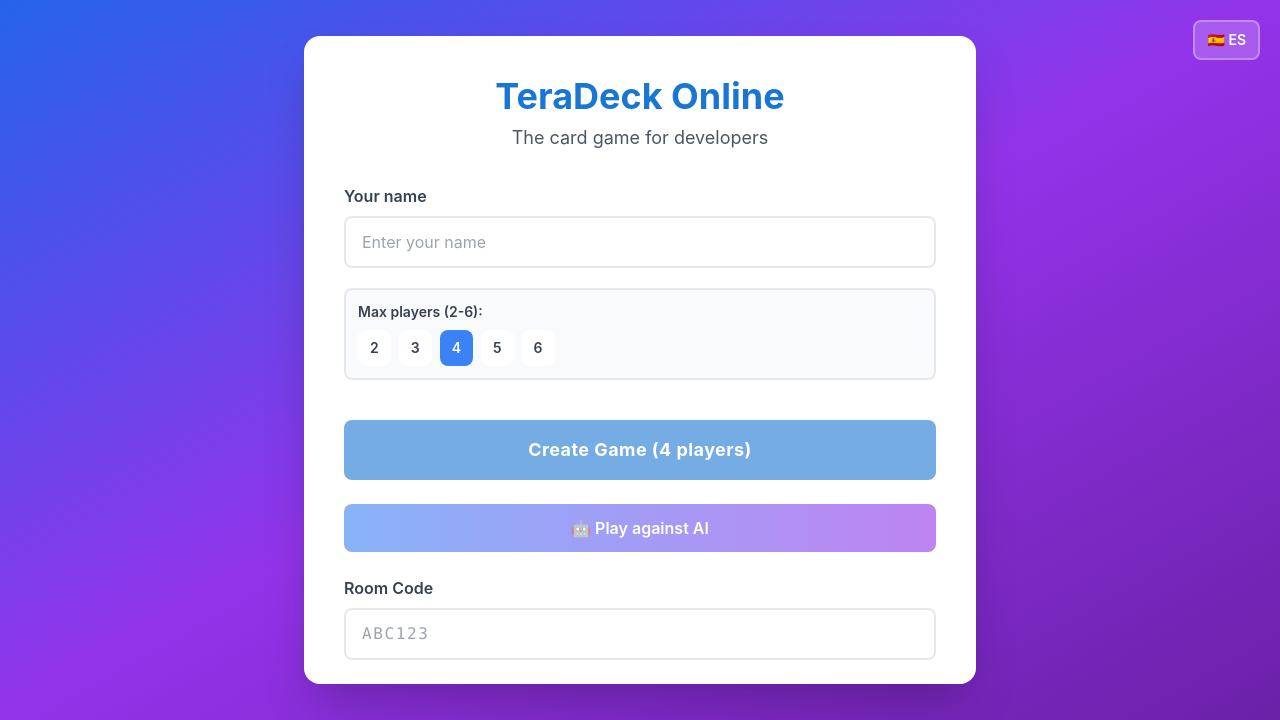
Repository: agorreca/teradeck-online
Page: / (app in frontend/)
The author's editor kept a copy of each file at every save. The page is drawn from the files as they stood at one save, then again after a run of saves.
The browser window is 1280 px wide. The pictures show the whole page.
The page's requests for data from a server got no answer. An inner scrolling area shows only its first screen. The project was rebuilt for these pictures with package versions that can differ from the ones it lists, and the page was loaded fresh each time. No one was signed in, and anything a server would have sent is missing. Also part of the build but not shown: frontend/vite.config.ts, shared/src/utils/targeting.ts, frontend/src/hooks/useSocket.ts, frontend/src/hooks/useTargeting.ts, frontend/src/components/game/TargetingOverlay.tsx, frontend/src/components/game/GameBoard.tsx, frontend/src/components/game/GameRoom.tsx.

Above is the page before, as saved 2025-06-09 10:41:05.

### frontend/index.html
<!doctype html>
<html lang="es">
  <head>
    <meta charset="UTF-8" />
    <link rel="icon" type="image/svg+xml" href="/vite.svg" />
    <meta name="viewport" content="width=device-width, initial-scale=1.0" />
    <meta
      name="description"
      content="TeraDeck Online - Juego de cartas multijugador"
    />
    <link rel="manifest" href="/manifest.json" />
    <title>TeraDeck Online</title>
  </head>
  <body>
    <div id="root"></div>
    <script type="module" src="/src/main.tsx"></script>
  </body>
</html>

### frontend/src/main.tsx
import React from 'react';
import ReactDOM from 'react-dom/client';
import App from './App.tsx';
import './styles/index.css';

ReactDOM.createRoot(document.getElementById('root')!).render(
  <React.StrictMode>
    <App />
  </React.StrictMode>
);

### frontend/src/App.tsx
import {
  Navigate,
  Route,
  BrowserRouter as Router,
  Routes,
} from 'react-router-dom';
import { GameBoard } from './components/game/GameBoard';
import { GameRoom } from './components/game/GameRoom';
import { Lobby } from './components/lobby/Lobby';
import './i18n';

function App() {
  return (
    <Router>
      <div className="app">
        <Routes>
          {/* Landing/Lobby page */}
          <Route path="/" element={<Lobby />} />

          {/* Game room (waiting for players) */}
          <Route path="/room/:roomCode" element={<GameRoom />} />

          {/* Active game */}
          <Route path="/game/:roomCode" element={<GameBoard />} />

          {/* Redirect any unknown routes to lobby */}
          <Route path="*" element={<Navigate to="/" replace />} />
        </Routes>
      </div>
    </Router>
  );
}

export default App;

### frontend/src/components/lobby/Lobby.tsx
import { useState } from 'react';
import { useNavigate } from 'react-router-dom';
import { AIDifficulty, Language } from '../../../../shared/src/types/game';
import { useGameSocket } from '../../hooks/useGameSocket';
import { useTranslation } from '../../hooks/useTranslation';

export function Lobby() {
  const [nickname, setNickname] = useState('');
  const [roomCode, setRoomCode] = useState('');
  const [isCreating, setIsCreating] = useState(false);
  const [isJoining, setIsJoining] = useState(false);

  const [showAIOptions, setShowAIOptions] = useState(false);
  const [selectedAIDifficulty, setSelectedAIDifficulty] =
    useState<AIDifficulty>(AIDifficulty.NORMAL);
  const [maxPlayers, setMaxPlayers] = useState<number>(4);
  const [aiPlayers, setAiPlayers] = useState<number>(1);
  const navigate = useNavigate();
  const { socket, createRoom, joinRoom } = useGameSocket();
  const { t, tUI, changeLanguage, isSpanish, language } = useTranslation();

  const handleCreateRoom = async () => {
    if (!nickname.trim()) {
      alert(
        t('errors.pleaseEnterNickname', {
          defaultValue: 'Por favor ingresa tu nickname',
        })
      );
      return;
    }

    setIsCreating(true);
    try {
      const settings = {
        maxPlayers: maxPlayers,
        aiPlayers: 0,
        language,
        aiDifficulty: AIDifficulty.NORMAL,
      };

      await createRoom(settings, nickname);
    } catch (error) {
      console.error('Error creating room:', error);
      alert(t('errors.createRoom', { defaultValue: 'Error al crear la sala' }));
    } finally {
      setIsCreating(false);
    }
  };

  const handleCreateAIGame = async (difficulty: AIDifficulty) => {
    if (!nickname.trim()) {
      alert(
        t('errors.pleaseEnterNickname', {
          defaultValue: 'Por favor ingresa tu nickname',
        })
      );
      return;
    }

    setIsCreating(true);
    try {
      const settings = {
        maxPlayers: aiPlayers + 1, // Player + AI players
        aiPlayers: aiPlayers,
        language,
        aiDifficulty: difficulty,
      };

      await createRoom(settings, nickname);
    } catch (error) {
      console.error('Error creating AI game:', error);
      alert(t('errors.createRoom', { defaultValue: 'Error al crear la sala' }));
    } finally {
      setIsCreating(false);
      setShowAIOptions(false);
    }
  };

  const handleJoinRoom = async () => {
    if (!nickname.trim() || !roomCode.trim()) {
      alert(
        t('errors.enterNicknameAndCode', {
          defaultValue: 'Por favor ingresa tu nickname y el código de sala',
        })
      );
      return;
    }

    setIsJoining(true);
    try {
      await joinRoom(roomCode, nickname);
    } catch (error) {
      console.error('Error joining room:', error);
      alert(
        t('errors.joinRoom', { defaultValue: 'Error al unirse a la sala' })
      );
    } finally {
      setIsJoining(false);
    }
  };

  const toggleLanguage = () => {
    const newLanguage = isSpanish ? Language.ENGLISH : Language.SPANISH;
    changeLanguage(newLanguage);
  };

  // Listen for room creation/join success
  socket?.on('room-created', (code: string) => {
    navigate(`/room/${code}`);
  });

  socket?.on('room-joined', () => {
    navigate(`/room/${roomCode}`);
  });

  socket?.on('room-error', (error: string) => {
    alert(`Error: ${error}`);
    setIsCreating(false);
    setIsJoining(false);
  });

  return (
    <div className="lobby">
      <div className="lobby-container">
        {/* Language Toggle */}
        <div className="language-toggle">
          <button
            className="btn-language"
            onClick={toggleLanguage}
            title={isSpanish ? 'Switch to English' : 'Cambiar a Español'}
          >
            {isSpanish ? '🇺🇸 EN' : '🇪🇸 ES'}
          </button>
        </div>

        <h1 className="lobby-title">{tUI('lobby.title')}</h1>
        <p className="lobby-subtitle">{tUI('lobby.subtitle')}</p>

        <div className="lobby-form">
          <div className="form-group">
            <label htmlFor="nickname">{tUI('lobby.nickname')}</label>
            <input
              id="nickname"
              type="text"
              value={nickname}
              onChange={e => setNickname(e.target.value)}
              placeholder={isSpanish ? 'Ingresa tu nombre' : 'Enter your name'}
              maxLength={20}
              className="w-full px-4 py-3 border-2 border-gray-200 rounded-lg text-base
                       transition-colors duration-200 focus:outline-none focus:border-primary-500
                       placeholder:text-gray-400"
            />
          </div>

          <div className="lobby-actions">
            {/* Max Players Selection */}
            <div className="mb-4 p-3 bg-gray-50 rounded-lg border-2 border-gray-200">
              <label className="block font-semibold text-gray-700 text-sm mb-2">
                {isSpanish
                  ? 'Máximo de jugadores (2-6):'
                  : 'Max players (2-6):'}
              </label>
              <div className="flex gap-2">
                {[2, 3, 4, 5, 6].map(num => (
                  <button
                    key={num}
                    className={`btn btn-sm px-3 py-2 rounded-lg ${
                      maxPlayers === num
                        ? 'bg-blue-500 text-white'
                        : 'bg-white border-2 border-gray-300 text-gray-700 hover:border-blue-300'
                    }`}
                    onClick={() => setMaxPlayers(num)}
                  >
                    {num}
                  </button>
                ))}
              </div>
            </div>

            <button
              className="btn btn-primary w-full py-4 text-lg font-bold tracking-wide
                       transform transition-all duration-200 hover:scale-105
                       disabled:hover:scale-100 disabled:cursor-not-allowed"
              onClick={handleCreateRoom}
              disabled={isCreating || !nickname.trim()}
            >
              {isCreating ? (
                <span className="flex items-center justify-center gap-2">
                  <div className="w-5 h-5 border-2 border-white border-t-transparent rounded-full animate-spin"></div>
                  {tUI('lobby.creating')}
                </span>
              ) : (
                `${tUI('lobby.createGame')} (${maxPlayers} ${isSpanish ? 'jugadores' : 'players'})`
              )}
            </button>

            {/* AI Game Section */}
            <div className="ai-section">
              <button
                className="btn btn-secondary w-full py-3 bg-gradient-to-r from-blue-500 to-purple-600 text-white hover:from-blue-600 hover:to-purple-700 border-none"
                onClick={() => setShowAIOptions(!showAIOptions)}
                disabled={!nickname.trim()}
              >
                🤖 {isSpanish ? 'Jugar contra IA' : 'Play against AI'}
              </button>

              {showAIOptions && (
                <div className="ai-options mt-3 p-4 bg-gray-50 rounded-lg border-2 border-gray-200 space-y-4">
                  {/* Number of AI Players */}
                  <div className="flex flex-col gap-2">
                    <label className="font-semibold text-gray-700 text-sm">
                      {isSpanish
                        ? 'Oponentes IA (1-5):'
                        : 'AI Opponents (1-5):'}
                    </label>
                    <div className="flex gap-2">
                      {[1, 2, 3, 4, 5].map(num => (
                        <button
                          key={num}
                          className={`btn btn-sm px-3 py-2 rounded-lg ${
                            aiPlayers === num
                              ? 'bg-blue-500 text-white'
                              : 'bg-white border-2 border-gray-300 text-gray-700 hover:border-blue-300'
                          }`}
                          onClick={() => setAiPlayers(num)}
                        >
                          {num}
                        </button>
                      ))}
                    </div>
                  </div>

                  {/* Difficulty Selection */}
                  <div className="flex flex-col gap-2">
                    <label className="font-semibold text-gray-700 text-sm">
                      {isSpanish ? 'Dificultad:' : 'Difficulty:'}
                    </label>
                    <div className="flex flex-col gap-2">
                      <button
                        className={`btn btn-sm py-2 ${
                          selectedAIDifficulty === AIDifficulty.EASY
                            ? 'bg-green-500 text-white'
                            : 'bg-white border-2 border-green-300 text-green-700 hover:bg-green-50'
                        }`}
                        onClick={() =>
                          setSelectedAIDifficulty(AIDifficulty.EASY)
                        }
                      >
                        🟢 {isSpanish ? 'Fácil' : 'Easy'} -{' '}
                        {isSpanish ? 'Movimientos aleatorios' : 'Random moves'}
                      </button>
                      <button
                        className={`btn btn-sm py-2 ${
                          selectedAIDifficulty === AIDifficulty.NORMAL
                            ? 'bg-yellow-500 text-white'
                            : 'bg-white border-2 border-yellow-300 text-yellow-700 hover:bg-yellow-50'
                        }`}
                        onClick={() =>
                          setSelectedAIDifficulty(AIDifficulty.NORMAL)
                        }
                      >
                        🟡 {isSpanish ? 'Normal' : 'Normal'} -{' '}
                        {isSpanish
                          ? 'Estrategia balanceada'
                          : 'Balanced strategy'}
                      </button>
                      <button
                        className={`btn btn-sm py-2 ${
                          selectedAIDifficulty === AIDifficulty.HARD
                            ? 'bg-red-500 text-white'
                            : 'bg-white border-2 border-red-300 text-red-700 hover:bg-red-50'
                        }`}
                        onClick={() =>
                          setSelectedAIDifficulty(AIDifficulty.HARD)
                        }
                      >
                        🔴 {isSpanish ? 'Difícil' : 'Hard'} -{' '}
                        {isSpanish
                          ? 'Estrategia avanzada'
                          : 'Advanced strategy'}
                      </button>
                    </div>
                  </div>

                  {/* Start AI Game Button */}
                  <button
                    className="btn btn-primary w-full py-3 mt-3 bg-gradient-to-r from-purple-500 to-blue-600 text-white hover:from-purple-600 hover:to-blue-700"
                    onClick={() => handleCreateAIGame(selectedAIDifficulty)}
                    disabled={isCreating}
                  >
                    {isCreating ? (
                      <span className="flex items-center justify-center gap-2">
                        <div className="w-4 h-4 border-2 border-white border-t-transparent rounded-full animate-spin"></div>
                        {isSpanish ? 'Creando...' : 'Creating...'}
                      </span>
                    ) : (
                      `🚀 ${isSpanish ? 'Empezar Partida' : 'Start Game'} (${aiPlayers} IA)`
                    )}
                  </button>
                </div>
              )}
            </div>

            <div className="join-section">
              <div className="form-group">
                <label htmlFor="roomCode">{tUI('lobby.roomCode')}</label>
                <input
                  id="roomCode"
                  type="text"
                  value={roomCode}
                  onChange={e => setRoomCode(e.target.value.toUpperCase())}
                  placeholder="ABC123"
                  maxLength={6}
                  className="w-full px-4 py-3 border-2 border-gray-200 rounded-lg text-base
                           transition-colors duration-200 focus:outline-none focus:border-primary-500
                           placeholder:text-gray-400 uppercase tracking-widest font-mono"
                />
              </div>
              <button
                className="btn btn-secondary w-full py-3 transition-all duration-200
                         hover:shadow-md disabled:hover:shadow-none"
                onClick={handleJoinRoom}
                disabled={isJoining || !nickname.trim() || !roomCode.trim()}
              >
                {isJoining ? (
                  <span className="flex items-center justify-center gap-2">
                    <div className="w-4 h-4 border-2 border-gray-600 border-t-transparent rounded-full animate-spin"></div>
                    {tUI('lobby.joining')}
                  </span>
                ) : (
                  tUI('lobby.joinGame')
                )}
              </button>
            </div>
          </div>
        </div>

        <div className="lobby-info">
          <h3 className="text-lg font-bold mb-3">{tUI('lobby.howToPlay')}</h3>
          <ul className="space-y-2">
            {(
              t('ui.lobby.instructions', { returnObjects: true }) as string[]
            ).map((instruction: string, index: number) => (
              <li key={index} className="flex items-start gap-2">
                <span className="text-blue-500 text-lg">🎯</span>
                <span className="text-gray-700">{instruction}</span>
              </li>
            ))}
          </ul>
        </div>

        {/* Game Rules Summary */}
        <div className="game-rules">
          <h3 className="text-xl font-bold mb-4 flex items-center justify-center gap-2">
            <span>📖</span>
            {isSpanish ? 'Reglas del Juego' : 'Game Rules'}
          </h3>
          <div className="rules-grid space-y-3">
            <div className="rule-item transform transition-all duration-200 hover:scale-105">
              <strong className="flex items-center gap-2">
                <span>🎯</span>
                {isSpanish ? 'Objetivo:' : 'Objective:'}
              </strong>
              <span>
                {isSpanish
                  ? 'Reunir 4 módulos estables (Frontend, Backend, Mobile, Data Science)'
                  : 'Gather 4 stable modules (Frontend, Backend, Mobile, Data Science)'}
              </span>
            </div>
            <div className="rule-item transform transition-all duration-200 hover:scale-105">
              <strong className="flex items-center gap-2">
                <span>⚡</span>
                {isSpanish ? 'Turno:' : 'Turn:'}
              </strong>
              <span>
                {isSpanish
                  ? 'Jugar 1 carta O descartar 1-3 cartas, luego robar hasta tener 3'
                  : 'Play 1 card OR discard 1-3 cards, then draw to have 3'}
              </span>
            </div>
            <div className="rule-item transform transition-all duration-200 hover:scale-105">
              <strong className="flex items-center gap-2">
                <span>🃏</span>
                {isSpanish ? 'Cartas:' : 'Cards:'}
              </strong>
              <span>
                {isSpanish
                  ? 'Módulos, Bugs (sabotean), Parches (protegen), Operaciones (especiales)'
                  : 'Modules, Bugs (sabotage), Patches (protect), Operations (special)'}
              </span>
            </div>
          </div>
        </div>
      </div>
    </div>
  );
}

### frontend/src/i18n/index.ts
import i18n from 'i18next';
import LanguageDetector from 'i18next-browser-languagedetector';
import { initReactI18next } from 'react-i18next';

// Import translations
import de from './locales/de.json';
import enGB from './locales/en-GB.json';
import en from './locales/en.json';
import esAR from './locales/es-AR.json';
import esES from './locales/es-ES.json';
import esMX from './locales/es-MX.json';
import es from './locales/es.json';
import fr from './locales/fr.json';
import it from './locales/it.json';
import pt from './locales/pt.json';

const resources = {
  es: { translation: es },
  'es-AR': { translation: esAR },
  'es-ES': { translation: esES },
  'es-MX': { translation: esMX },
  en: { translation: en },
  'en-US': { translation: en },
  'en-GB': { translation: enGB },
  fr: { translation: fr },
  pt: { translation: pt },
  it: { translation: it },
  de: { translation: de },
};

i18n
  .use(LanguageDetector)
  .use(initReactI18next)
  .init({
    resources,
    fallbackLng: 'es', // Spanish as default

    // Language detection options
    detection: {
      order: ['localStorage', 'navigator', 'htmlTag'],
      caches: ['localStorage'],
      lookupLocalStorage: 'teradeck-language',
    },

    interpolation: {
      escapeValue: false, // React already escapes values
    },

    // Debug mode for development
    debug: process.env.NODE_ENV === 'development',
  });

export default i18n;

### frontend/src/hooks/useTranslation.ts
import { Translations } from '@shared/i18n';
import { Language } from '@shared/types/game';
import { useTranslation as useI18nTranslation } from 'react-i18next';

export function useTranslation() {
  const { t, i18n } = useI18nTranslation();

  const currentLanguage = i18n.language as Language;
  const translations = i18n.getResourceBundle(
    currentLanguage,
    'translation'
  ) as Translations;

  const changeLanguage = async (newLanguage: Language) => {
    await i18n.changeLanguage(newLanguage);
  };

  return {
    t, // Direct access to i18next t function
    language: currentLanguage,
    translations, // Access to full translation object
    changeLanguage,
    isSpanish: currentLanguage === Language.SPANISH,
    isEnglish: currentLanguage === Language.ENGLISH,

    // Helper functions for common patterns
    tCard: (cardKey: string) => t(`cards.${cardKey}`),
    tUI: (uiKey: string) => t(`ui.${uiKey}`),
    tError: (errorKey: string) => t(`errors.${errorKey}`),
    tAction: (actionKey: string) => t(`actions.${actionKey}`),
  };
}

Loaded but not shown: frontend/src/i18n/locales/es.json (153 lines, source omitted); frontend/src/i18n/locales/en.json (153 lines, source omitted); frontend/src/i18n/locales/es-AR.json (126 lines, source omitted); frontend/src/i18n/locales/es-ES.json (105 lines, source omitted); frontend/src/i18n/locales/es-MX.json (105 lines, source omitted); frontend/src/i18n/locales/en-GB.json (105 lines, source omitted); frontend/src/i18n/locales/fr.json (96 lines, source omitted); frontend/src/i18n/locales/it.json (96 lines, source omitted); frontend/src/i18n/locales/de.json (96 lines, source omitted); frontend/src/i18n/locales/pt.json (96 lines, source omitted); frontend/tailwind.config.js (94 lines, source omitted); frontend/src/styles/index.css (496 lines, source omitted); shared/src/types/game.ts (255 lines, source omitted); frontend/src/hooks/useGameSocket.ts (128 lines, source omitted)

After the next 2 saves:
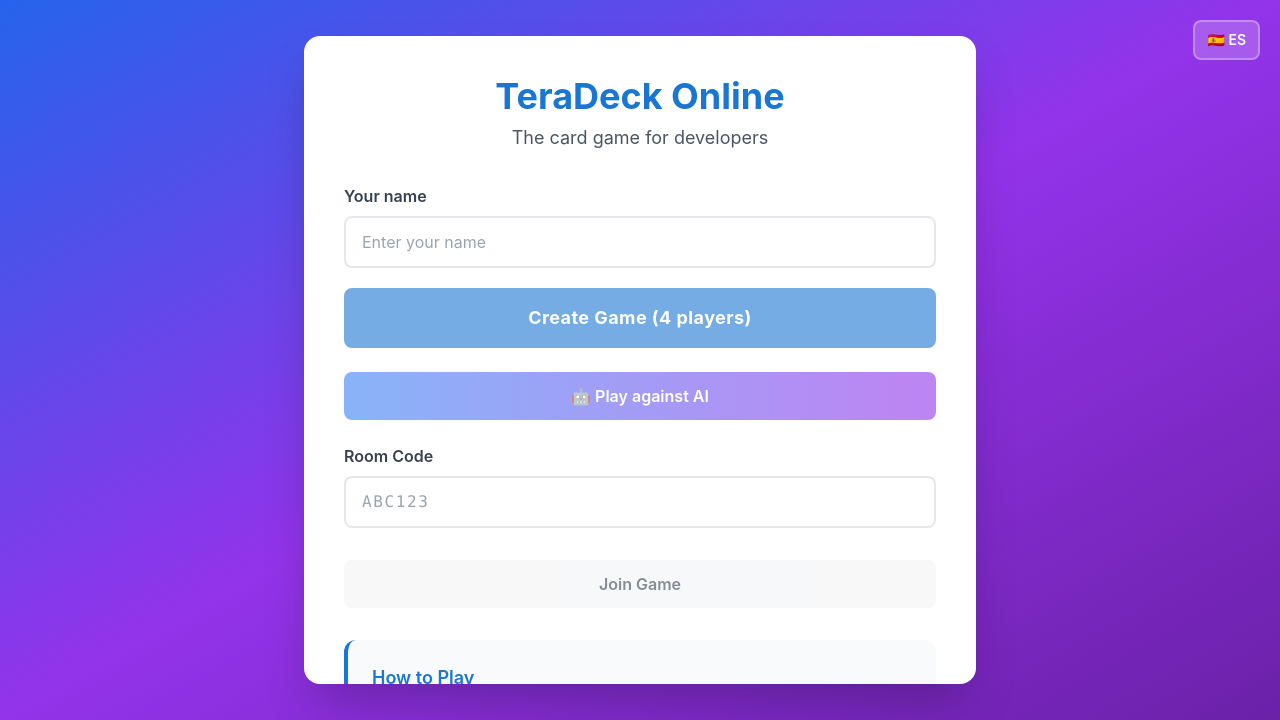
The 2 saves are shown as one change because they came seconds apart.
The last was saved 6 min 9 s later.
--- a/frontend/src/components/lobby/Lobby.tsx
+++ b/frontend/src/components/lobby/Lobby.tsx
@@ -153,30 +153,6 @@ export function Lobby() {
           </div>
 
           <div className="lobby-actions">
-            {/* Max Players Selection */}
-            <div className="mb-4 p-3 bg-gray-50 rounded-lg border-2 border-gray-200">
-              <label className="block font-semibold text-gray-700 text-sm mb-2">
-                {isSpanish
-                  ? 'Máximo de jugadores (2-6):'
-                  : 'Max players (2-6):'}
-              </label>
-              <div className="flex gap-2">
-                {[2, 3, 4, 5, 6].map(num => (
-                  <button
-                    key={num}
-                    className={`btn btn-sm px-3 py-2 rounded-lg ${
-                      maxPlayers === num
-                        ? 'bg-blue-500 text-white'
-                        : 'bg-white border-2 border-gray-300 text-gray-700 hover:border-blue-300'
-                    }`}
-                    onClick={() => setMaxPlayers(num)}
-                  >
-                    {num}
-                  </button>
-                ))}
-              </div>
-            </div>
-
             <button
               className="btn btn-primary w-full py-4 text-lg font-bold tracking-wide
                        transform transition-all duration-200 hover:scale-105
